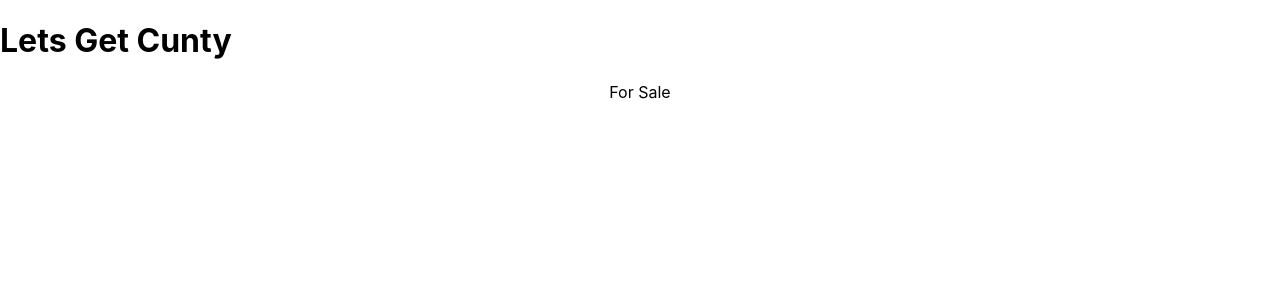
Repository: remydev47/realestate1.0
Page: /
The author's editor kept a copy of each file at every save. The page is drawn from the files as they stood at one save, then again after the next save.
The browser window is 1280 px wide. The pictures show the whole page.
The project was rebuilt for these pictures with package versions that can differ from the ones it lists, and the page was loaded fresh each time. The framework's server and built-in components were replaced by stand-ins that run in the browser. Also part of the build but not shown: next.config.js.

Above is the page before, as saved 2022-03-11 13:39:27.

### pages/index.js
import Head from 'next/head'
import Link from 'next/link'
import Image from 'next/image'
import { Flex, Box, Text, Button } from '@chakra-ui/react'

const Banner = ({purpose}) => (
  <Flex flexWrap="wrap" justifyContent="center" alignItems="center" m="10">
    {purpose}
  </Flex>
)

export default function Home() {
  return (
    <div className="">
        <title>Realtor-2.0</title>
        <link rel="icon" href="/favicon.ico" />
       <h1>Lets Get Cunty</h1>
       <Banner purpose={'For Sale'} />
    </div>
  )
}

Loaded but not shown: pages/_app.js (common file); styles/globals.css (common file)

After the next save:
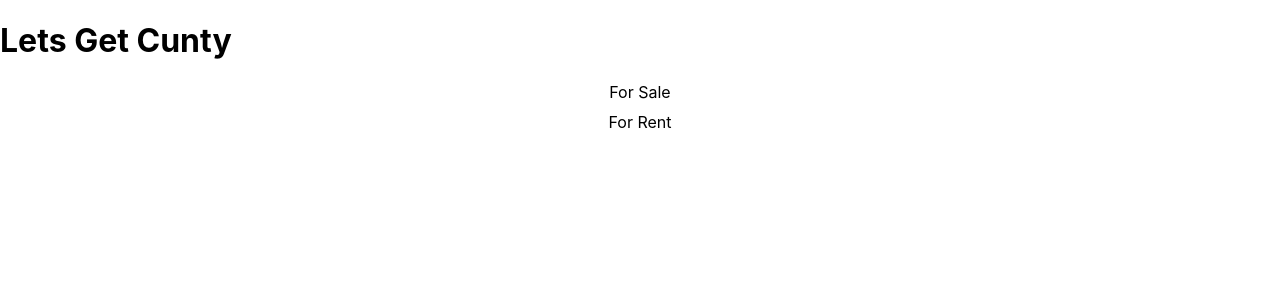
Saved 56 s later.
--- a/pages/index.js
+++ b/pages/index.js
@@ -16,6 +16,7 @@ export default function Home() {
         <link rel="icon" href="/favicon.ico" />
        <h1>Lets Get Cunty</h1>
        <Banner purpose={'For Sale'} />
+       <Banner purpose={'For Rent'} />
     </div>
   )
 }
